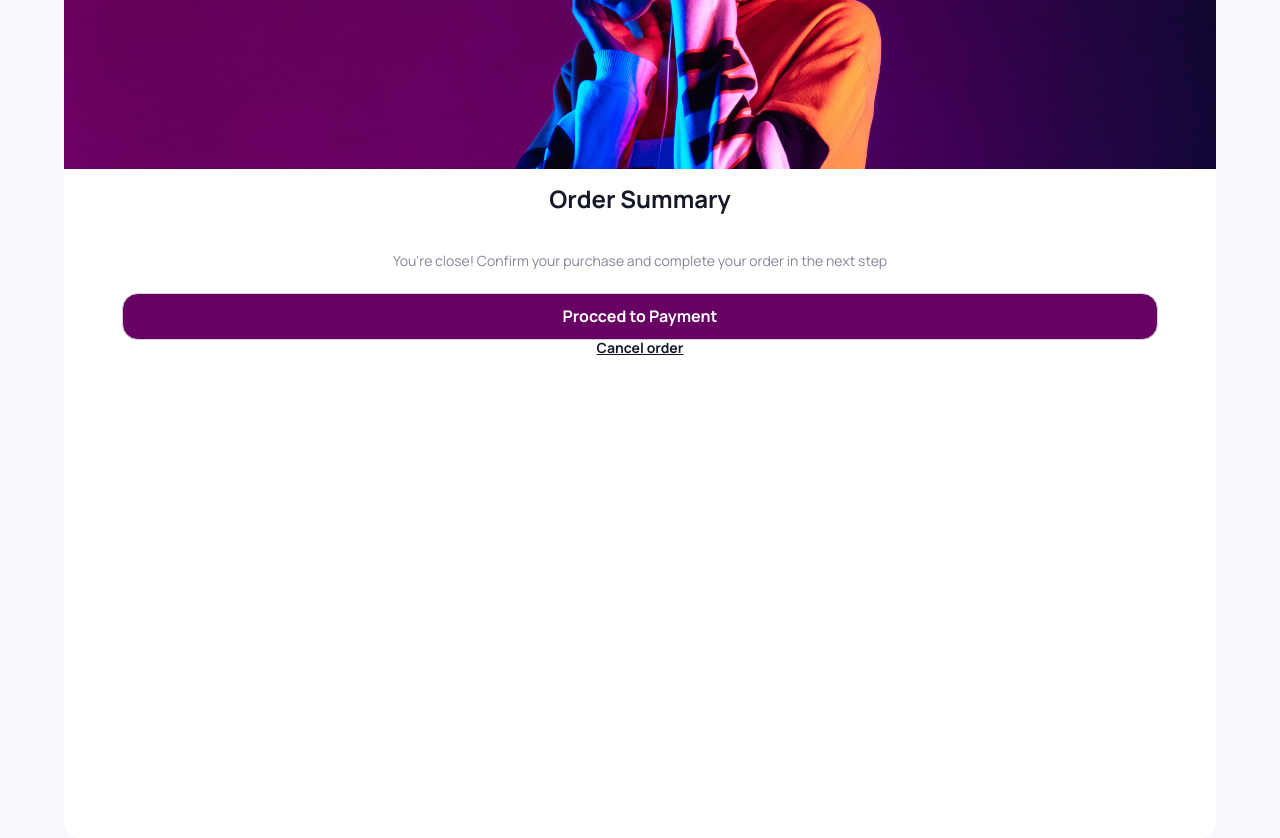
Repository: ssynowiec/INVO-Academy-solution
Page: /
The author's editor kept a copy of each file at every save. The page is drawn from the files as they stood at one save, then again after the next save.
The browser window is 1280 px wide. The pictures show the whole page.
The project was rebuilt for these pictures with package versions that can differ from the ones it lists, and the page was loaded fresh each time.

Above is the page before, as saved 2023-02-16 09:46:16.

After the next save:
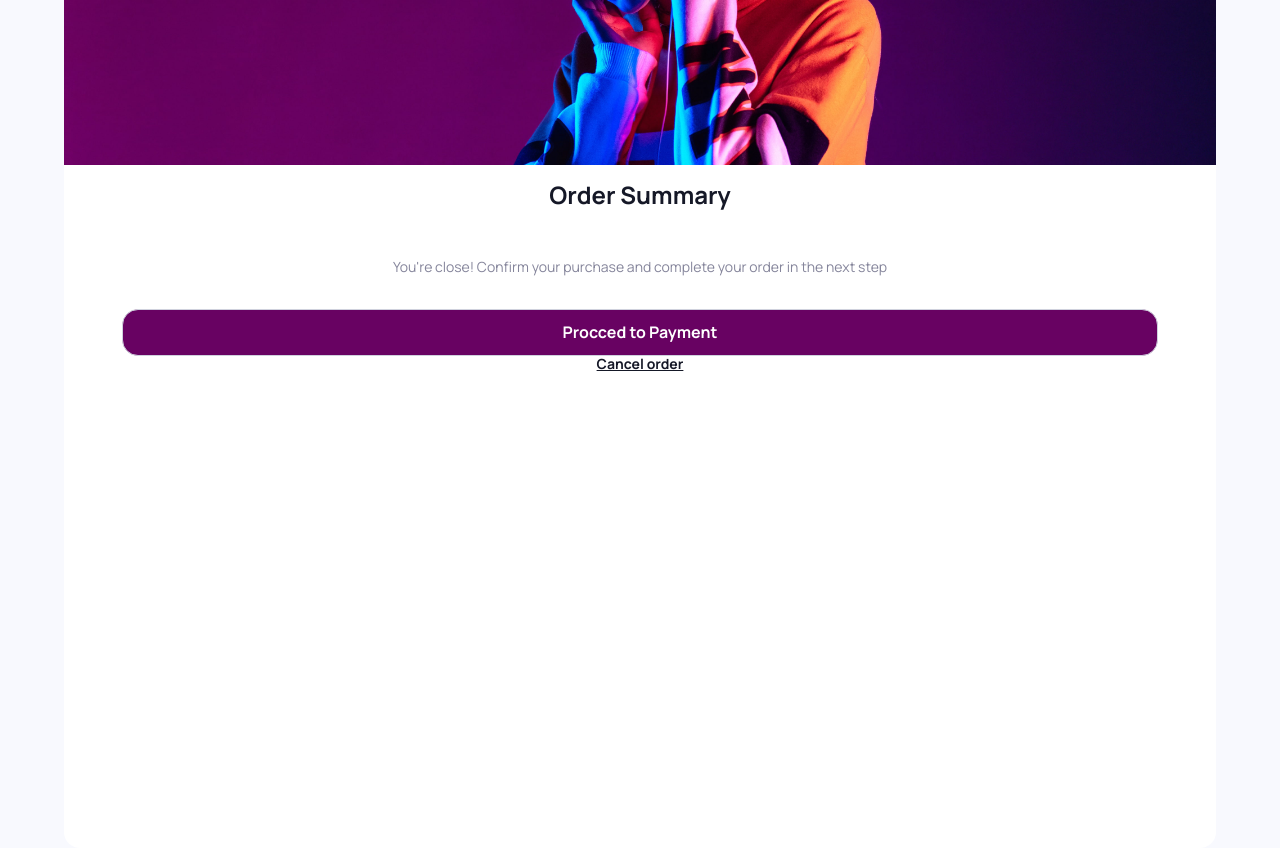
Saved 7 s later.
--- a/src/pages/home-page/styles/home-page.scss
+++ b/src/pages/home-page/styles/home-page.scss
@@ -30,7 +30,7 @@
 
 	&-description {
 		font-size: 14px;
-		padding: 10px;
+		padding: 20px;
 		color: var(--color-body);
 		text-align: center;
 	}
